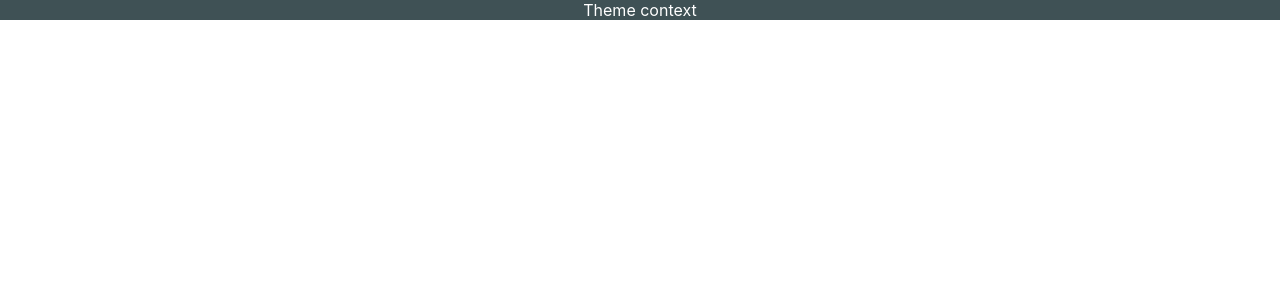
Repository: vuongtm1999/ALTA-exercise-1
Page: /
The author's editor kept a copy of each file at every save. The page is drawn from the files as they stood at one save, then again after a run of saves.
The browser window is 1280 px wide. The pictures show the whole page.
The project was rebuilt for these pictures with package versions that can differ from the ones it lists, and the page was loaded fresh each time.

Above is the page before, as saved 2022-10-26 10:30:36.

### src/App.tsx
import './App.css';
import { Box } from './Context/Box';
import { ThemeContextProvider } from './Context/ThemeContext';
import { Counter } from './state/Couner';


function App() {
  // const personName = {
  //   firstName: "Vuong",
  //   lastName: "Tran",
  // }

  // const listName = [
  //   {
  //     firstName: "Vuong",
  //     lastName: "Tran",
  //   },
  //   {
  //     firstName: "Thuy",
  //     lastName: "Tran",
  //   },
  //   {
  //     firstName: "Bui",
  //     lastName: "Phuoc",
  //   }
  // ]
  return (
    <div className="App">
      <ThemeContextProvider>
        <Box />
      </ThemeContextProvider>
    </div>
  );
}

export default App;

### src/Context/Box.tsx
import { useContext } from 'react'
import { ThemeContext } from './ThemeContext'

export const Box = () => {
  const theme = useContext(ThemeContext)
  return (
    <div
      style={{
        backgroundColor: theme.primary.main,
        color: theme.primary.text
      }}>
      Theme context
    </div>
  )
}

### src/Context/ThemeContext.tsx
import React, { createContext } from 'react'
import { theme } from './theme'

//2
type ThemeContextProviderProps = {
  children: React.ReactNode
}

//1
export const ThemeContext = createContext(theme)

export const ThemeContextProvider = ({
  children
}: any) => {
    //2 thuộc tính value là giá trị mặc định
  return <ThemeContext.Provider value={{
    primary: {
        main: '#3f5155',
        text: '#fff'
    },
    secondary: {
        main: '#f50057',
        text: '#fff'
    }
}}>{children}</ThemeContext.Provider>
}

### src/Context/theme.ts
export const theme = {
    primary: {
        main: '#3f51b5',
        text: '#fff'
    },
    secondary: {
        main: '#f50057',
        text: '#fff'
    }
}

Loaded but not shown: public/index.html (common file); src/index.tsx (common file); src/index.css (common file); src/reportWebVitals.ts (common file); src/App.css (common file)

After the next 2 saves:
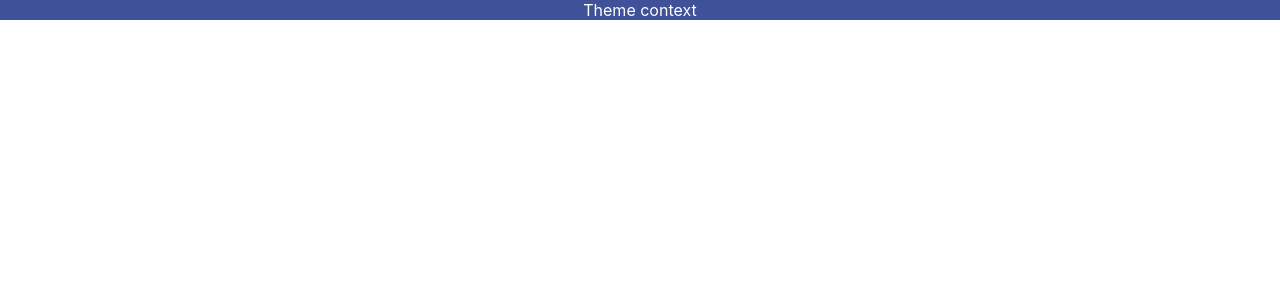
The 2 saves are shown as one change because they came seconds apart.
The last was saved 8 s later.
--- a/src/Context/ThemeContext.tsx
+++ b/src/Context/ThemeContext.tsx
@@ -15,7 +15,7 @@ export const ThemeContextProvider = ({
     //2 thuộc tính value là giá trị mặc định
   return <ThemeContext.Provider value={{
     primary: {
-        main: '#3f5155',
+        main: '#3f5199',
         text: '#fff'
     },
     secondary: {
